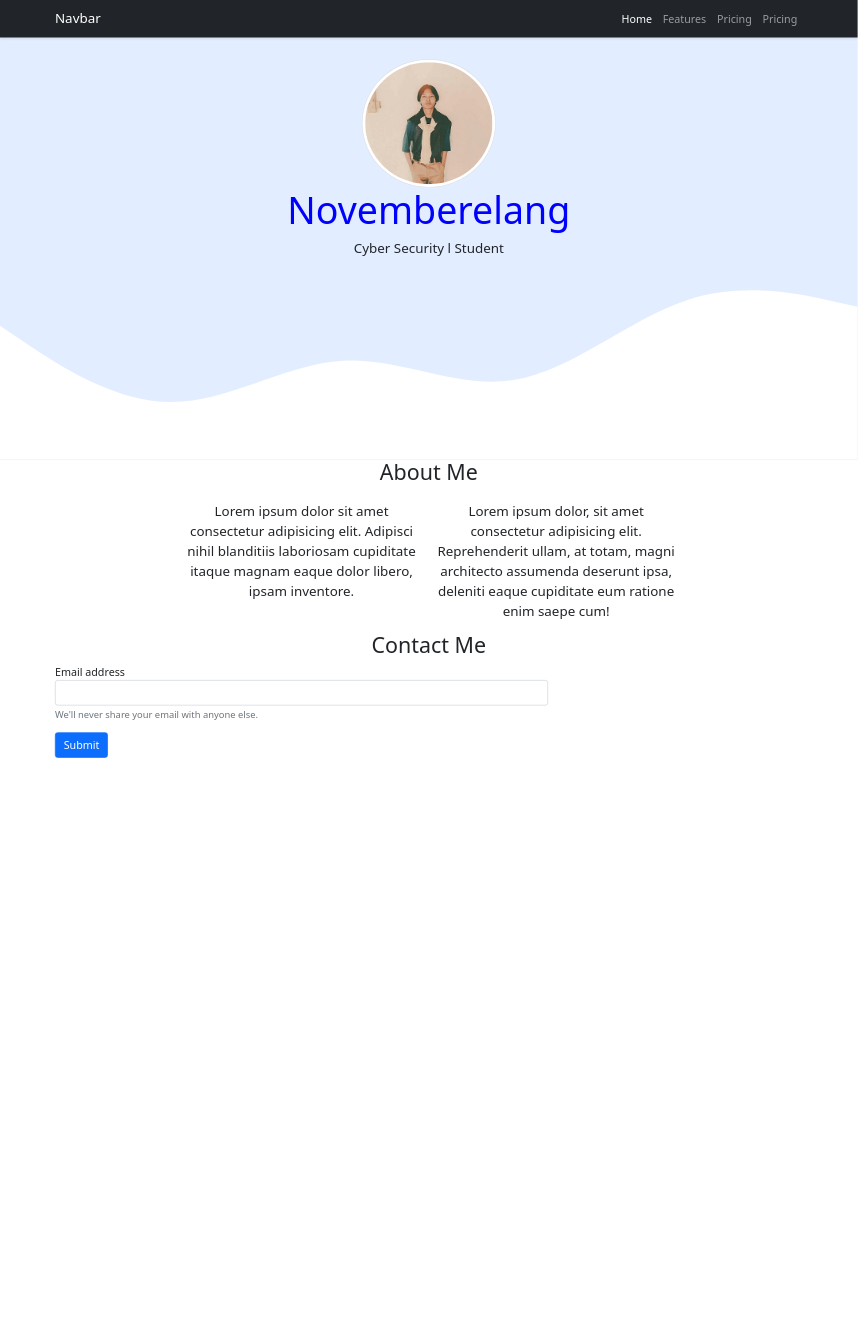
Repository: Novemberdad/gemilangtech.github.io
Page: index.html
An editor plug-in stored every save of this project. The page is shown before and after the next save, followed by the edit.
The browser window is 1280 px wide. The pictures show the whole page, at 67% of full size.

Above is the page before, as saved 2021-07-21 00:19:10.

After the next save:
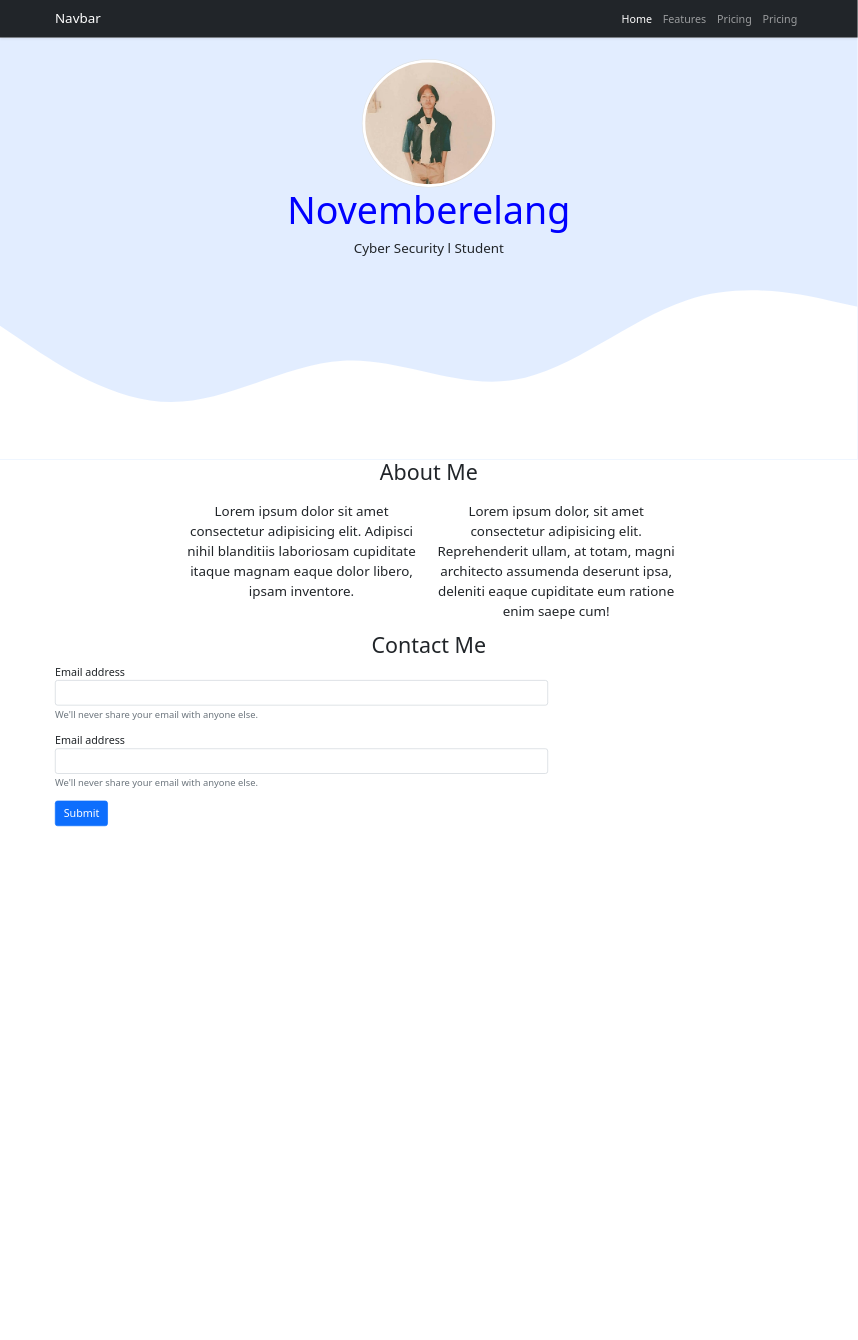
Saved 36 s later.
--- a/index.html
+++ b/index.html
@@ -99,7 +99,11 @@
                             <input type="email" class="form-control" id="exampleInputEmail1" aria-describedby="emailHelp">
                             <small id="emailHelp" class="form-text text-muted">We'll never share your email with anyone else.</small>
                         </div>
-
+                        <div class="mb-3">
+                            <label for="exampleInputEmail1">Email address</label>
+                            <input type="email" class="form-control" id="exampleInputEmail1" aria-describedby="emailHelp">
+                            <small id="emailHelp" class="form-text text-muted">We'll never share your email with anyone else.</small>
+                        </div>
                         <button type="submit" class="btn btn-primary">Submit</button>
                     </form>
                 </div>
